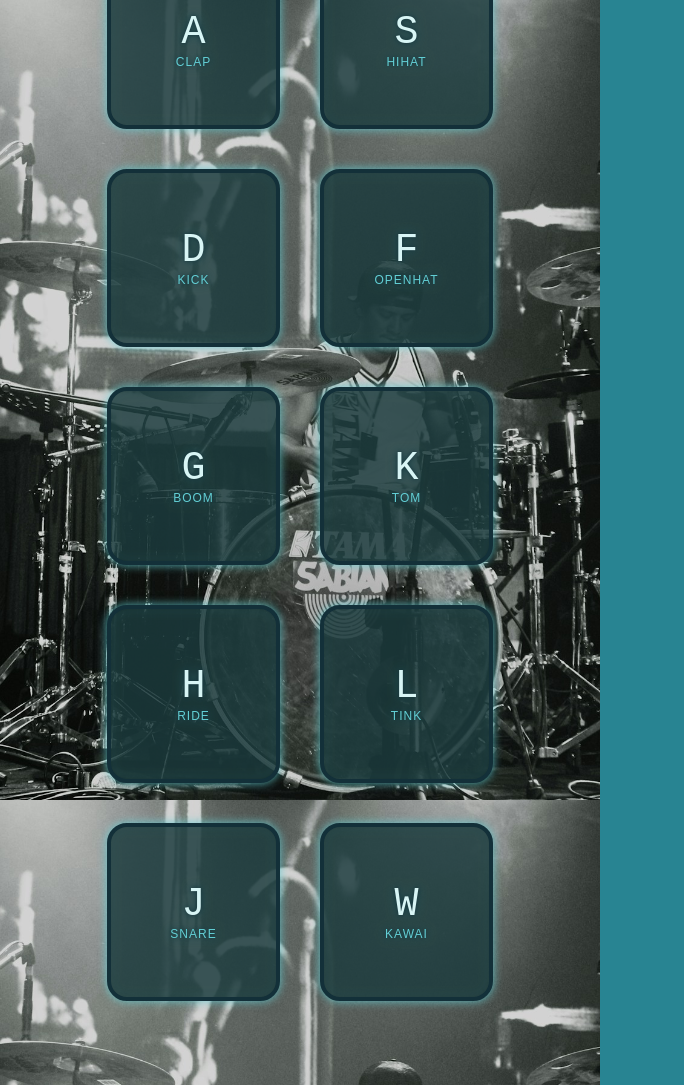
Repository: Freezler/drumkitJS
Page: index.html
The author's editor kept a copy of each file at every save. The page is drawn from the files as they stood at one save, then again after the next save.
The browser window is 600 px wide. The page is 600 px wide, then 684 px, then 600 px, so the pictures cover 684 px, including what lies to the right of the window. The pictures show the whole page.
Backgrounds fixed to the window are drawn as part of the page.

Above is the page before, as saved 2024-08-24 11:27:37.
Console error: ReferenceError: key is not defined

### index.html
<!DOCTYPE html>
<html lang="en">

<head>
  <meta charset="UTF-8">
  <title>JS Drum Kit</title>
  <link rel="stylesheet" href="style.css">
  <link rel="icon" href="https://fav.farm/🔥" />
</head>

<body>
  <main>

    <h1>Drum 🥁 Kit</h1>

    <div class="keys">
      <div data-key="65" class="key">
        <kbd>A</kbd>
        <span class="sound">clap</span>
      </div>
      <div data-key="83" class="key">
        <kbd>S</kbd>
        <span class="sound">hihat</span>
      </div>
      <div data-key="68" class="key">
        <kbd>D</kbd>
        <span class="sound">kick</span>
      </div>
      <div data-key="70" class="key">
        <kbd>F</kbd>
        <span class="sound">openhat</span>
      </div>
      <div data-key="71" class="key">
        <kbd>G</kbd>
        <span class="sound">boom</span>
      </div>
      <div data-key="72" class="key">
        <kbd>H</kbd>
        <span class="sound">ride</span>
      </div>
      <div data-key="74" class="key">
        <kbd>J</kbd>
        <span class="sound">snare</span>
      </div>
      <div data-key="75" class="key">
        <kbd>K</kbd>
        <span class="sound">tom</span>
      </div>
      <div data-key="76" class="key">
        <kbd>L</kbd>
        <span class="sound">tink</span>
      </div>
      <div data-key="87" class="key">
        <kbd>W</kbd>
        <span class="sound">kawai</span>
      </div>
    </div>
  </main>

  <audio data-key="65" src="sounds/clap.wav"></audio>
  <audio data-key="83" src="sounds/hihat.wav"></audio>
  <audio data-key="68" src="sounds/kick.wav"></audio>
  <audio data-key="70" src="sounds/openhat.wav"></audio>
  <audio data-key="71" src="sounds/boom.wav"></audio>
  <audio data-key="72" src="sounds/ride.wav"></audio>
  <audio data-key="74" src="sounds/snare.wav"></audio>
  <audio data-key="75" src="sounds/tom.wav"></audio>
  <audio data-key="76" src="sounds/tink.wav"></audio>
  <audio data-key="87" src="sounds/kawai.wav"></audio>


  <script>
    function removeTransition(event) {
      const { propertyName } = event;
      if (propertyName !== 'transform') return;
      event.target.classList.remove('playing');
    }

    function playSound(event) {
      const keyCode = event.type === 'keydown' ? event.keyCode : this.getAttribute('data-key');
      const audio = document.querySelector(`audio[data-key="${keyCode}"]`);
      const key = document.querySelector(`.key[data-key="${keyCode}"]`);
      if (!audio) return;
      key.classList.add('playing');
      audio.currentTime = 0;
      audio.play();
    }

    window.addEventListener('keydown', playSound);

    const keys = document.querySelectorAll('.key');
    keys.forEach(key => {
      key.addEventListener('transitionend', removeTransition);
      key.addEventListener('click', playSound);
    });
    key.addEventListener('touchstart', function (event) {
      event.preventDefault();  // Prevent default touch behavior
      playSound.call(this, event);
    });
  </script>


</body>

</html>

### style.css
:root {
  --000: #f0fbfa;
  --100: #d8f5f5;
  --200: #b5eaec;
  --300: #63cfd5;
  --400: #48bfc8;
  --500: #2da2ad;
  --600: #288492;
  --700: #266b78;
  --800: #275963;
  --900: #254a54;
  --950: #133039;
}

html {
  font-size: 10px;
  background: url('./background2.jpg') bottom center;
  background-color: var(--600);
  background-size: cover;
  background-attachment: fixed;
  background-position: center center;
  background-repeat: no-repeat;
  max-height: 100vh;
  user-select: none;
}

body,
html {
  margin: 0;
  padding: 0;
  font-family: sans-serif;
}

h1 {
  padding: 4rem;
  margin: 0;
  text-align: center;
  background-image: linear-gradient(90deg, var(--300) 0%, var(--600) 100%);
  box-shadow:1px 1px 18px 2px var(--400);
  border-radius:12px;
  color: transparent;
  background-clip: text;
  -webkit-background-clip: text;
  text-transform: uppercase;
  font-size: clamp(6rem, 5vw, 10rem);
  backdrop-filter: blur(4px);
  -webkit-text-stroke: 0.3px var(--950);
  text-wrap: balance;
}

main {
  place-self: center;
  display: grid;
  place-items: center;
  height: 100vh;
  place-content: center;
  text-align: center;
  width: 100vw;
  transition: all 0.07s;
  padding-bottom: 10rem;
}

.keys {
  display: grid;
  grid-row: auto;
  grid-template-columns: repeat(2, 1fr);
  width: fit-content;


  width: fit-content;
  text-align: center;
  transition: all 0.03s;
  place-items: center;

  .key[data-key="87"] {
    place-content: center;
    grid-column: 2;
    grid-row: 4;
  }

}

.key {
  border: .4rem solid var(--950);
  border-radius: 2rem;
  margin: 2rem;
  font-size: 8rem;

  padding: .5rem .250rem;
  transition: all .07s ease;
  width: 16rem;
  height: 16rem;
  display: grid;
  place-items: center;
  place-content: center;

  text-align: center;
  color: var(--100);
  filter: drop-shadow(0 0 .5rem var(--300));
  text-shadow: 0 0 .5rem var(--950);
  background: #01010199;
}

@media screen and (min-width: 1000px) {
  .keys {
    grid-template-columns: repeat(4, 1fr);
    .key[data-key="87"] {
      place-content: center;
      grid-column: 2;
      grid-row: 3;
    }
    .key[data-key="76"] {
      place-content: center;
      grid-column: 3;
      grid-row: 3;
    }
    .key[data-key="75"] {
      place-content: center;
      grid-column: 4;
      grid-row: 2;
    }


  }

}


@media screen and (max-width: 960px) {
  .keys {
    grid-template-columns: repeat(3, 1fr);
    /* Wrap into 3 columns on medium screens */
    .key[data-key="87"] {
      place-content: center;
      grid-column: 2;
      grid-row: 5
    }
  }
}

@media screen and (max-width: 720px) {

  .keys {
    padding: 6.4rem;
    grid-template-columns: repeat(2, 1fr);
    /* Wrap into 2 columns on small screens */
    place-items: center;
    justify-content: center;

  }
  .key[data-key="87"] {
    place-content: center;
    grid-column: 2;
    grid-row: 5
  }
  .key[data-key="76"] {
    place-content: center;
    grid-column: 2;
    grid-row: 4;
  }
  .key[data-key="75"] {
    place-content: center;
    grid-column: 2;
    grid-row: 3;
  }
}

@media screen and (max-width: 360px) {
  .keys {
    grid-template-columns: repeat(1, 1fr);
    /* Wrap into 1 column on small screens */
    min-height: 80vh;
  }

  .key[data-key="87"] {
    place-content: center;
    grid-column: 2;
    grid-row: 3;
  }
  .key[data-key="76"] {
    place-content: center;
    grid-column: 3;
    grid-row: 3;
  }
  .key[data-key="75"] {
    place-content: center;
    grid-column: 4;
    grid-row: 2;
  }
}



.playing {
  transform: scale(1.1);
  border-color: var(--400);
  box-shadow: 0 0px 1git 4px 0px var(--300);
}

kbd {
  display: block;
  font-size: 4rem;
}

.sound {
  font-size: 1.2rem;
  text-transform: uppercase;
  letter-spacing: .1rem;
  color: var(--300);
}

After the next save:
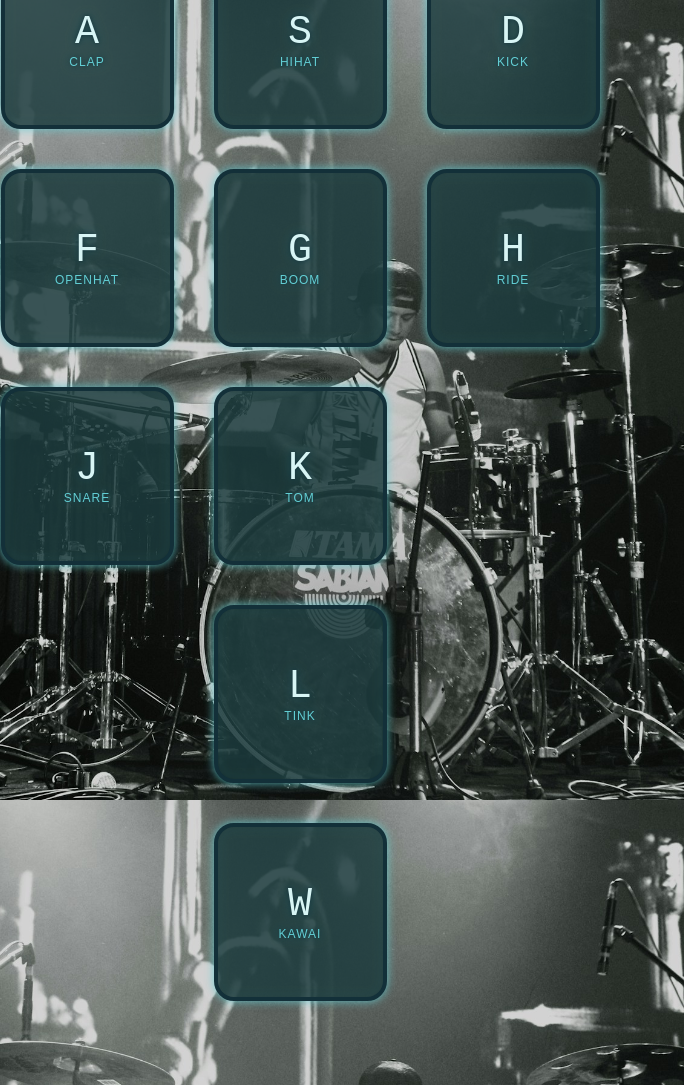
Saved 30 s later.
--- a/style.css
+++ b/style.css
@@ -142,7 +142,7 @@
 
   .keys {
     padding: 6.4rem;
-    grid-template-columns: repeat(2, 1fr);
+    grid-template-columns: repeat(3, 1fr);
     /* Wrap into 2 columns on small screens */
     place-items: center;
     justify-content: center;

After the save that followed:
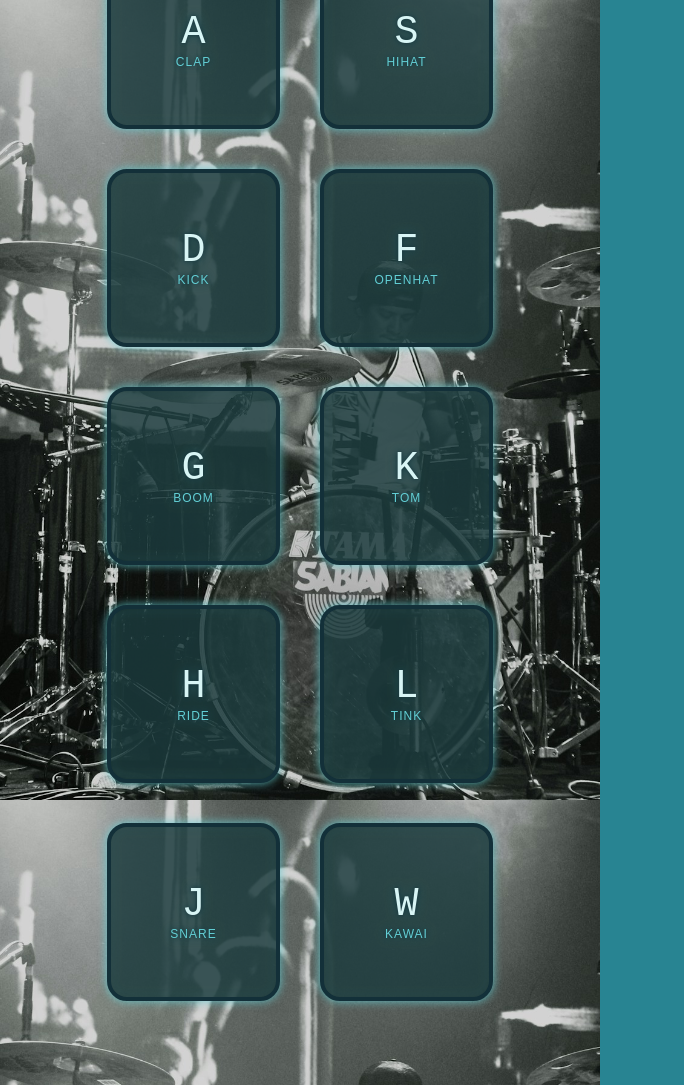
Saved 20 s later.
--- a/style.css
+++ b/style.css
@@ -138,11 +138,11 @@
   }
 }
 
-@media screen and (max-width: 720px) {
+@media screen and (max-width: 640px) {
 
   .keys {
     padding: 6.4rem;
-    grid-template-columns: repeat(3, 1fr);
+    grid-template-columns: repeat(2, 1fr);
     /* Wrap into 2 columns on small screens */
     place-items: center;
     justify-content: center;
